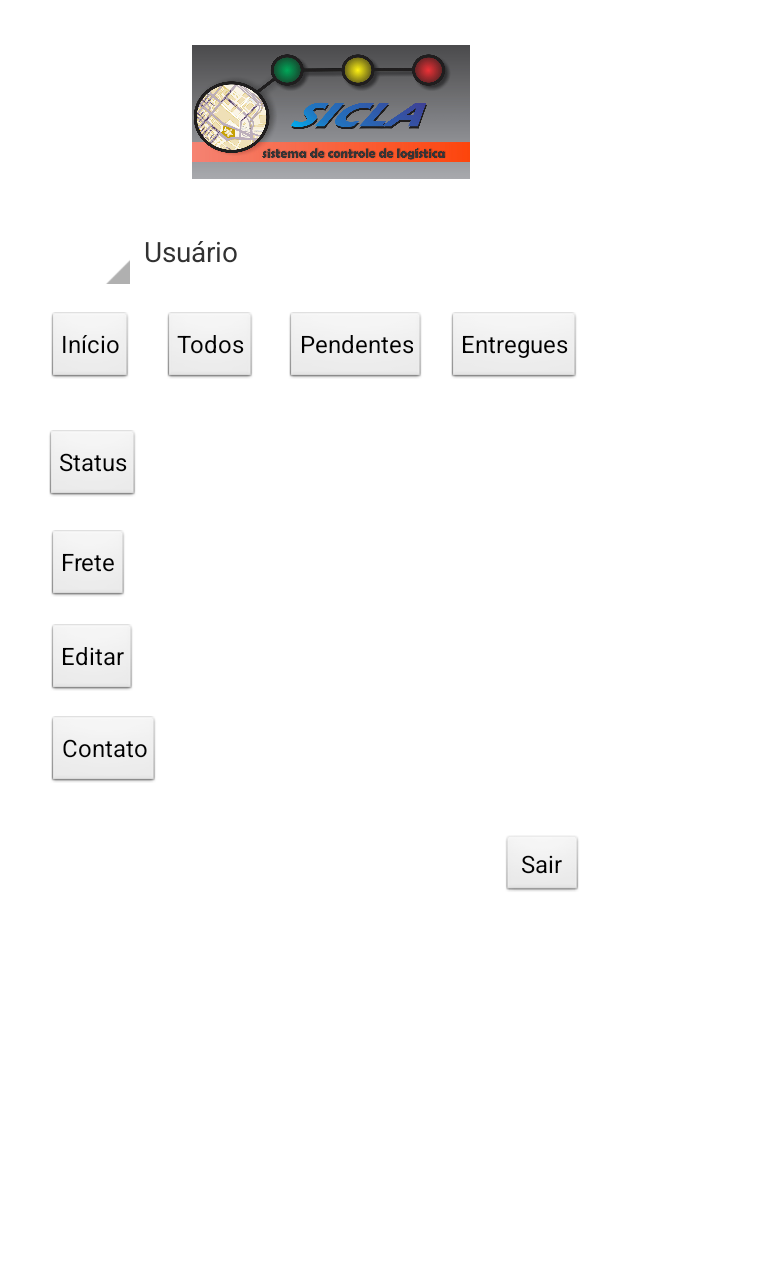
Repository: danielpedroza/SICLA
Layout: Sicla/res/layout/fretecliente.xml
These files come from the project's save history. The layout is drawn as it stood at one moment and after the next save; the edit follows.
It is drawn on a 768 x 1280 px phone screen (xhdpi) without system bars, with theme AppTheme; the app's code is not run.

Above is the layout before, as saved 2013-07-06 06:03:18.

### Sicla/res/layout/fretecliente.xml
<RelativeLayout xmlns:android="http://schemas.android.com/apk/res/android"
    xmlns:tools="http://schemas.android.com/tools"
    android:layout_width="match_parent"
    android:layout_height="match_parent"
    android:paddingBottom="@dimen/activity_vertical_margin"
    android:paddingLeft="@dimen/activity_horizontal_margin"
    android:paddingRight="@dimen/activity_horizontal_margin"
    android:paddingTop="@dimen/activity_vertical_margin"
    tools:context=".FreteCliente" >

    <AbsoluteLayout
        android:layout_width="match_parent"
        android:layout_height="match_parent"
        android:layout_centerHorizontal="true" >

        <ImageView
            android:id="@+id/imageView1"
            android:layout_width="139dp"
            android:layout_height="120dp"
            android:layout_x="80dp"
            android:layout_y="-20dp"
            android:src="@drawable/sicla" />

        <QuickContactBadge
            android:id="@+id/quickContactBadge1"
            android:layout_width="39dp"
            android:layout_height="39dp"
            android:layout_x="10dp"
            android:layout_y="87dp" />

        <TextView
            android:id="@+id/textView1"
            android:layout_width="wrap_content"
            android:layout_height="wrap_content"
            android:layout_x="56dp"
            android:layout_y="100dp"
            android:text="Usuário"
            android:textSize="14dp" />

        <Button
            android:id="@+id/button1"
            style="?android:attr/buttonStyleSmall"
            android:layout_width="wrap_content"
            android:layout_height="wrap_content"
            android:layout_x="8dp"
            android:layout_y="140dp"
            android:text="Início"
            android:textSize="12dp" />

        <Button
            android:id="@+id/Button01"
            style="?android:attr/buttonStyleSmall"
            android:layout_width="wrap_content"
            android:layout_height="wrap_content"
            android:layout_x="66dp"
            android:layout_y="140dp"
            android:text="Todos"
            android:textSize="12dp" />

        <Button
            android:id="@+id/Button03"
            style="?android:attr/buttonStyleSmall"
            android:layout_width="wrap_content"
            android:layout_height="wrap_content"
            android:layout_x="208dp"
            android:layout_y="140dp"
            android:text="Entregues"
            android:textSize="12dp" />

        <Button
            android:id="@+id/Button02"
            style="?android:attr/buttonStyleSmall"
            android:layout_width="wrap_content"
            android:layout_height="wrap_content"
            android:layout_x="127dp"
            android:layout_y="140dp"
            android:text="Pendentes"
            android:textSize="12dp" />

        <Button
            android:id="@+id/Button04"
            style="?android:attr/buttonStyleSmall"
            android:layout_width="wrap_content"
            android:layout_height="wrap_content"
            android:layout_x="7dp"
            android:layout_y="199dp"
            android:text="Status"
            android:textSize="12dp" />

        <Button
            android:id="@+id/Button05"
            style="?android:attr/buttonStyleSmall"
            android:layout_width="wrap_content"
            android:layout_height="wrap_content"
            android:layout_x="8dp"
            android:layout_y="249dp"
            android:text="Frete"
            android:textSize="12dp" />

        <Button
            android:id="@+id/Button06"
            style="?android:attr/buttonStyleSmall"
            android:layout_width="wrap_content"
            android:layout_height="wrap_content"
            android:layout_x="8dp"
            android:layout_y="296dp"
            android:text="Editar"
            android:textSize="12dp" />

        <Button
            android:id="@+id/Button07"
            style="?android:attr/buttonStyleSmall"
            android:layout_width="wrap_content"
            android:layout_height="wrap_content"
            android:layout_x="8dp"
            android:layout_y="342dp"
            android:text="Contato"
            android:textSize="12dp" />

        <Button
            android:id="@+id/button2"
            android:layout_width="wrap_content"
            android:layout_height="33dp"
            android:layout_x="234dp"
            android:layout_y="401dp"
            android:text="Sair"
            android:textSize="12dp" />

    </AbsoluteLayout>

</RelativeLayout>

Loaded but not shown: Sicla/res/values/styles.xml (common file); Sicla/res/values/dimens.xml (common file)

After the next save:
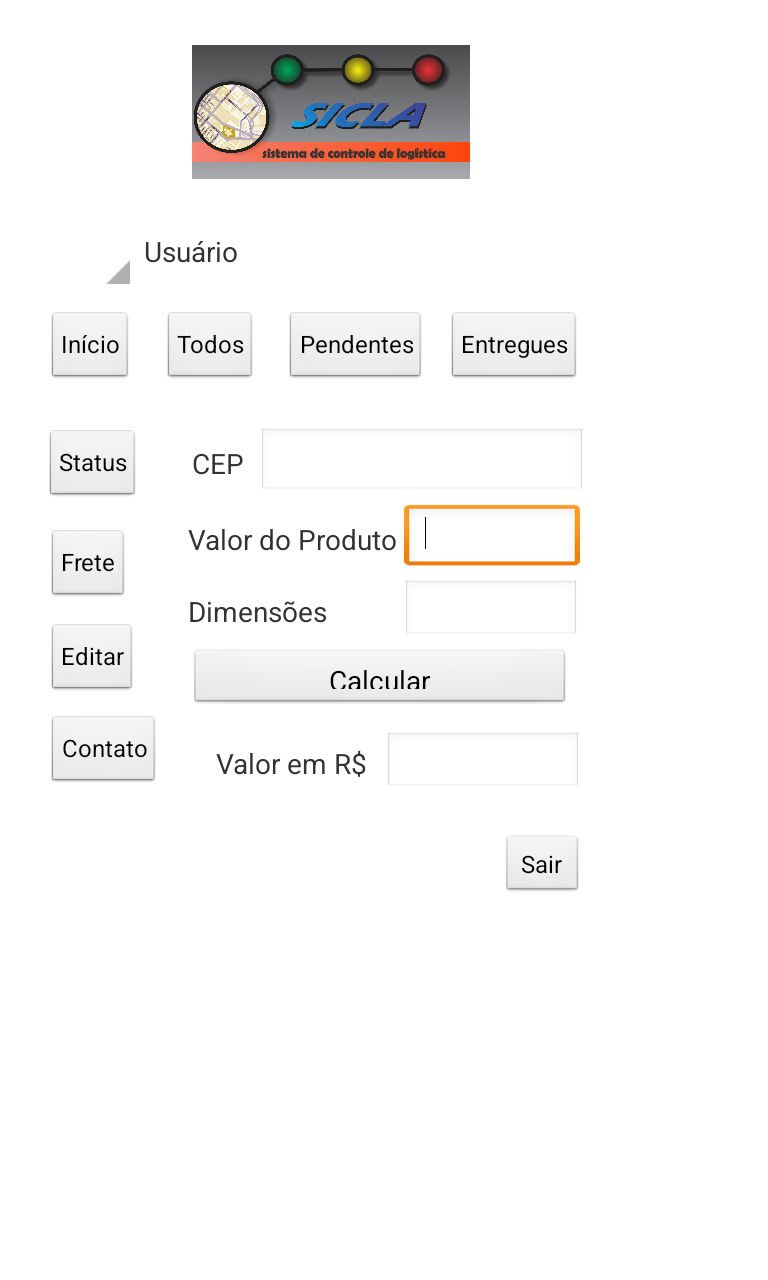
Saved 10 min 29 s later.
--- a/Sicla/res/layout/fretecliente.xml
+++ b/Sicla/res/layout/fretecliente.xml
@@ -9,6 +9,7 @@
     tools:context=".FreteCliente" >
 
     <AbsoluteLayout
+        android:id="@+id/absoluteLayout1"
         android:layout_width="match_parent"
         android:layout_height="match_parent"
         android:layout_centerHorizontal="true" >
@@ -126,6 +127,90 @@
             android:text="Sair"
             android:textSize="12dp" />
 
+        <TextView
+            android:id="@+id/textView2"
+            android:layout_width="wrap_content"
+            android:layout_height="wrap_content"
+            android:layout_x="80dp"
+            android:layout_y="206dp"
+            android:text="CEP"
+            android:textSize="14dp" />
+
+        <EditText
+            android:id="@+id/editText1"
+            android:layout_width="164dp"
+            android:layout_height="34dp"
+            android:layout_x="113dp"
+            android:layout_y="198dp"
+            android:ems="10"
+            android:inputType="number" />
+
+        <EditText
+            android:id="@+id/editText2"
+            android:layout_width="88dp"
+            android:layout_height="34dp"
+            android:layout_marginBottom="182dp"
+            android:layout_x="186dp"
+            android:layout_y="236dp"
+            android:ems="10"
+            android:inputType="numberDecimal" >
+
+            <requestFocus />
+        </EditText>
+
+        <TextView
+            android:id="@+id/TextView02"
+            android:layout_width="wrap_content"
+            android:layout_height="wrap_content"
+            android:layout_x="78dp"
+            android:layout_y="280dp"
+            android:text="Dimensões"
+            android:textSize="14dp" />
+
+        <EditText
+            android:id="@+id/editText3"
+            android:layout_width="89dp"
+            android:layout_height="30dp"
+            android:layout_x="185dp"
+            android:layout_y="274dp"
+            android:ems="10"
+            android:inputType="numberDecimal" />
+
+        <Button
+            android:id="@+id/button3"
+            android:layout_width="192dp"
+            android:layout_height="32dp"
+            android:layout_x="78dp"
+            android:layout_y="308dp"
+            android:text="Calcular" />
+
+        <EditText
+            android:id="@+id/EditText01"
+            android:layout_width="99dp"
+            android:layout_height="30dp"
+            android:layout_x="176dp"
+            android:layout_y="350dp"
+            android:ems="10"
+            android:inputType="numberDecimal" />
+
+        <TextView
+            android:id="@+id/TextView03"
+            android:layout_width="wrap_content"
+            android:layout_height="wrap_content"
+            android:layout_x="92dp"
+            android:layout_y="356dp"
+            android:text="Valor em R$"
+            android:textSize="14dp" />
+
+        <TextView
+            android:id="@+id/TextView01"
+            android:layout_width="wrap_content"
+            android:layout_height="wrap_content"
+            android:layout_x="78dp"
+            android:layout_y="244dp"
+            android:text="Valor do Produto"
+            android:textSize="14dp" />
+
     </AbsoluteLayout>
 
 </RelativeLayout>
